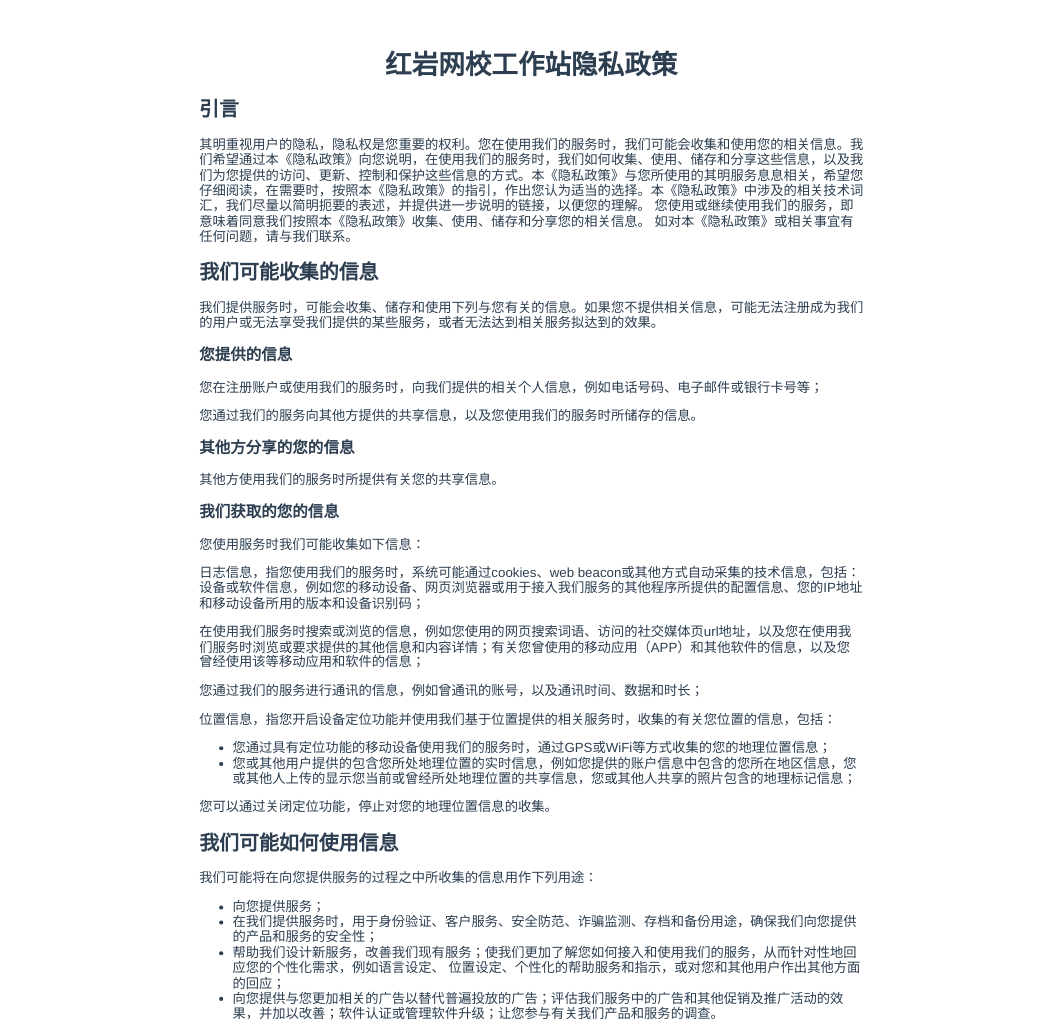
Repository: zl-mdc/privacy-policy
Page: /
An editor plug-in stored every save of this project. The page is shown before and after the next save, followed by the edit.
The browser window is 1280 px wide. The pictures show the whole page, at 83% of full size.
The project was rebuilt for these pictures with package versions that can differ from the ones it lists, and the page was loaded fresh each time.

Above is the page before, as saved 2020-09-17 15:42:15.

After the next save:
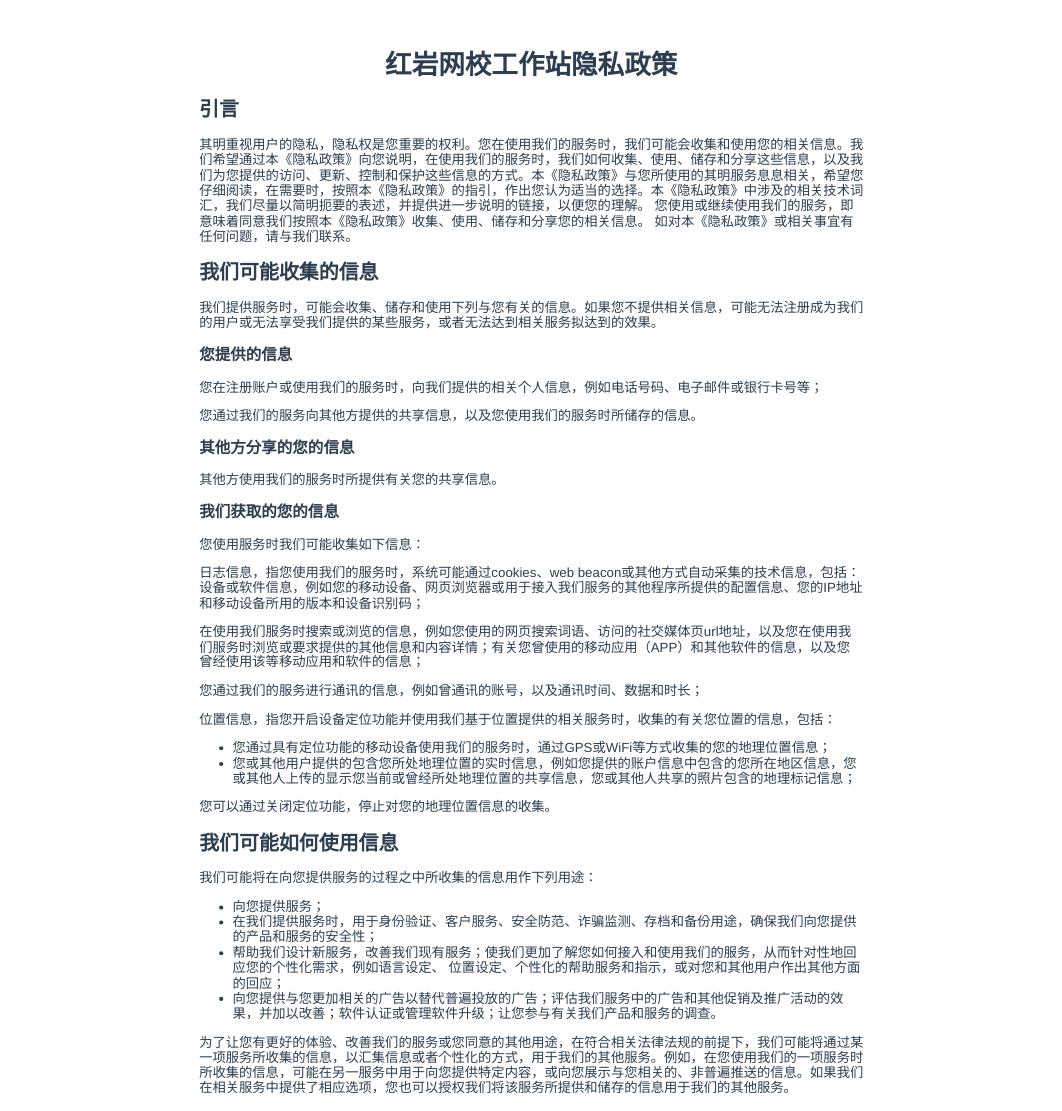
Saved 63 s later.
--- a/src/components/Info.vue
+++ b/src/components/Info.vue
@@ -1,7 +1,7 @@
 <!--
  * @Author: Code_Master
  * @Date: 2020-09-17 15:00:51
- * @LastEditTime: 2020-09-17 15:42:15
+ * @LastEditTime: 2020-09-17 15:43:18
  * @LastEditors: Code_Master
  * @FilePath: /privacy-policy/src/components/Info.vue
  * @Description: The first 90% of the code accounts for the first 90% of the development time. The remaining 10% of the code accounts for the other 90% of the development time.
@@ -40,6 +40,8 @@
               <li>帮助我们设计新服务，改善我们现有服务；使我们更加了解您如何接入和使用我们的服务，从而针对性地回应您的个性化需求，例如语言设定、 位置设定、个性化的帮助服务和指示，或对您和其他用户作出其他方面的回应；</li>
               <li>向您提供与您更加相关的广告以替代普遍投放的广告；评估我们服务中的广告和其他促销及推广活动的效果，并加以改善；软件认证或管理软件升级；让您参与有关我们产品和服务的调查。</li>
           </ul>
+          <p>为了让您有更好的体验、改善我们的服务或您同意的其他用途，在符合相关法律法规的前提下，我们可能将通过某一项服务所收集的信息，以汇集信息或者个性化的方式，用于我们的其他服务。例如，在您使用我们的一项服务时所收集的信息，可能在另一服务中用于向您提供特定内容，或向您展示与您相关的、非普遍推送的信息。如果我们在相关服务中提供了相应选项，您也可以授权我们将该服务所提供和储存的信息用于我们的其他服务。</p>
+          <h3></h3>
     </div>
 </template>
 
